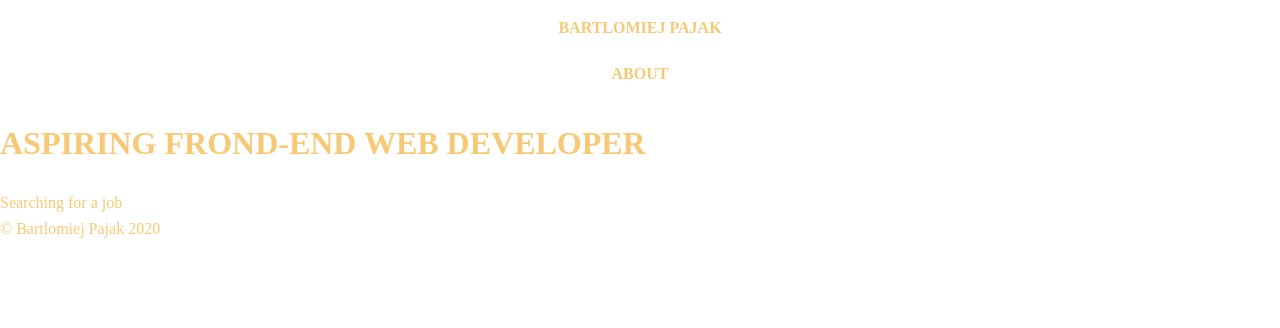
Repository: spidero7/personal-site
Page: index.html
These files come from the project's save history. The page is drawn as it stood at one moment and after the next save; the edit follows.
The browser window is 1280 px wide. The pictures show the whole page.
Some web fonts or font styles are not loaded; a fallback is used.

Above is the page before, as saved 2020-04-15 22:20:16.

### index.html
<!DOCTYPE html>
<html>

    <head>
        <meta charset="utf-8">
        <title>Bartlomiej Pajak</title>
        <meta name="viewport" content="width=device-width, initial-scale=1">
        <link rel="stylesheet" href="css/normalize.css">
        <link href="https://fonts.googleapis.com/css2?family=Domine&display=swap" rel="stylesheet">
        <link rel="stylesheet" href="css/style.css">
    </head>

    <body>

        <div>
            <header class="main-header">
                <nav>
                    <ul class="main-nav">
                        <li><a href="#">Bartlomiej Pajak</a></li>
                        <li><a href="#">About</a></li>
                    </ul>
                </nav>
            </header>
        </div>

        <div class="container">

            <h1>Aspiring Frond-end Web Developer</h1>
            <span class="target">Searching for a job</span>

        </div>


        <footer class="main-footer">&copy; Bartlomiej Pajak 2020</footer>

    </body>
</html>

### css/style.css
/* =================================
  Base Element Styles
==================================== */

* {
    box-sizing: border-box;
}

body {
    font-family: 'Domine', serif;
    line-height: 1.6;
    color: #F7C974;
    margin: 0;
}

h1 {
    text-transform: uppercase;
}

ul {
    margin: 0;
    padding: 0;
    list-style: none;
}

a {
    text-decoration: none;
}

/* =================================
  Base Layout Styles
==================================== */

/* ---- Navigation ---- */

.main-nav {
    margin-top: 5px;
}

.main-nav a {
    text-align: center;
    display: block;
    padding: 10px 15px;
    color: #F7C974;
    text-transform: uppercase;
    font-weight: bold;
    font-size: 1em;
}

.main-nav a:hover {
    color: rgb(212, 188, 144);
}

.target {

}

Loaded but not shown: css/normalize.css (library)

After the next save:
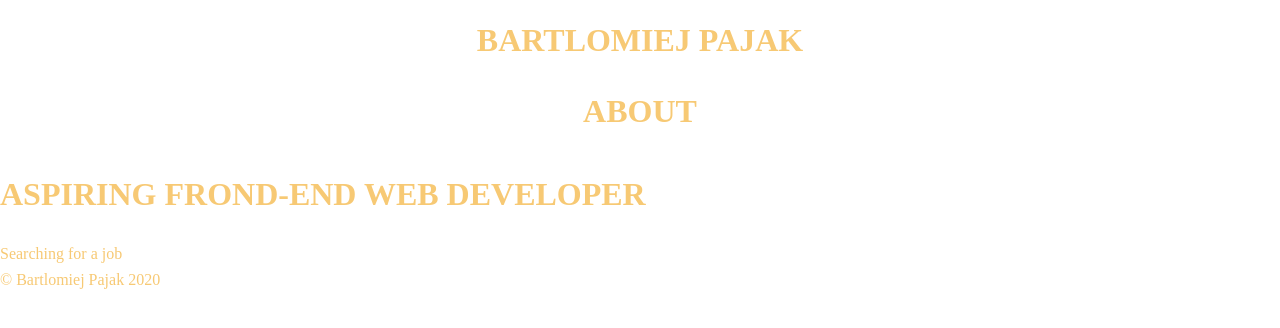
Saved 5 s later.
--- a/css/style.css
+++ b/css/style.css
@@ -44,7 +44,7 @@ a {
     color: #F7C974;
     text-transform: uppercase;
     font-weight: bold;
-    font-size: 1em;
+    font-size: 2em;
 }
 
 .main-nav a:hover {
